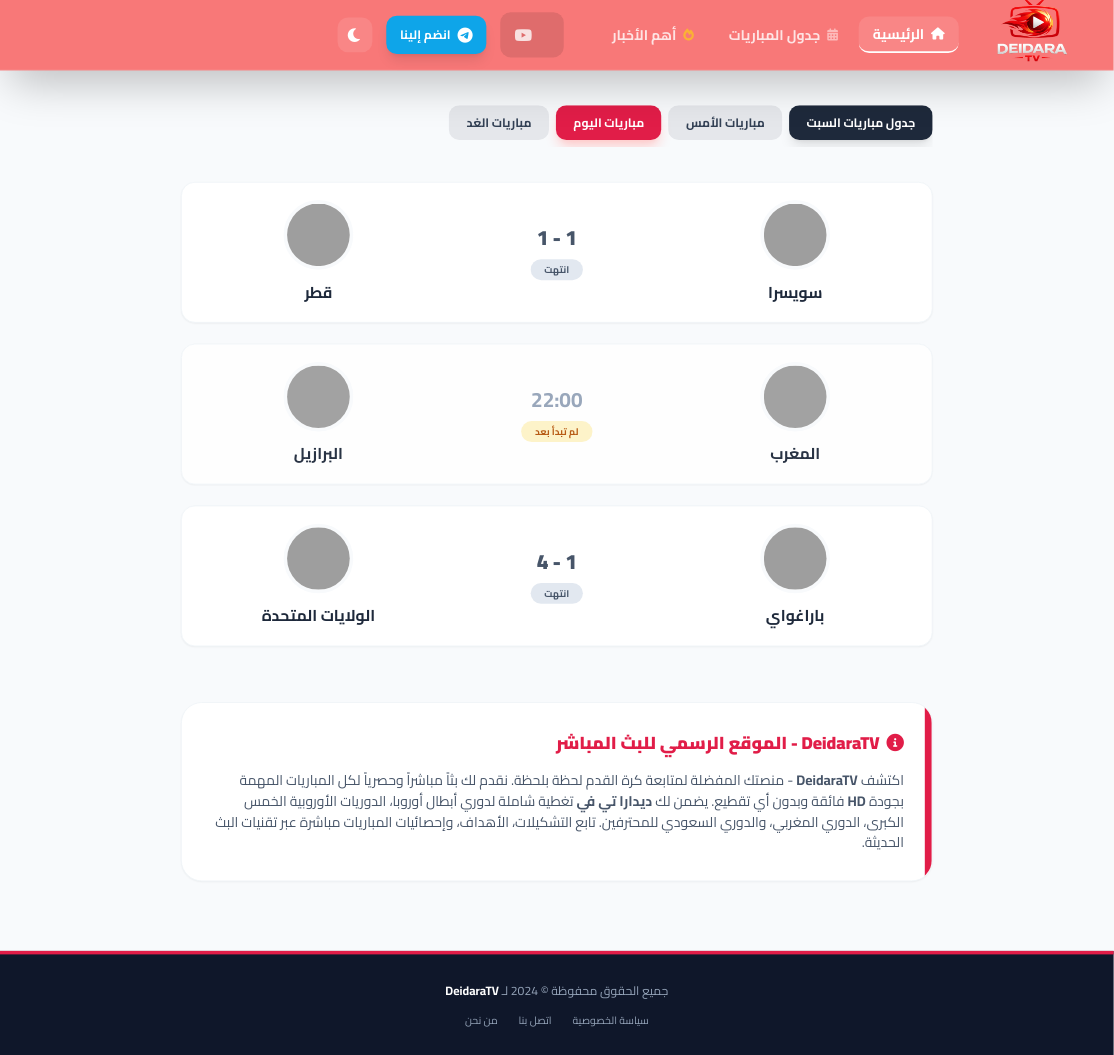
Repository: zakariax05/deidaraTV
Page: index.html
The author's editor kept a copy of each file at every save. The page is drawn from the files as they stood at one save, then again after the next save.
The browser window is 1280 px wide. The pictures show the whole page, at 87% of full size.
Pictures or frames that could not be fetched are drawn as grey boxes. Some web libraries are served in a nearby version.

Above is the page before, as saved 2026-06-14 02:26:47.

### index.html
<!DOCTYPE html>
<html lang="ar" dir="rtl">

<head>
  <meta charset="UTF-8">
  <meta name="viewport" content="width=device-width, initial-scale=1.0">
  <title>DeidaraTV - ديدارا تي في | بث مباشر للمباريات</title>
  <script src="https://cdn.tailwindcss.com"></script>
  <link href="https://cdnjs.cloudflare.com/ajax/libs/font-awesome/6.0.0/css/all.min.css" rel="stylesheet">
  <style>
    @import url('https://fonts.googleapis.com/css2?family=Cairo:wght@400;600;700;900&display=swap');

    body {
      font-family: 'Cairo', sans-serif;
      background-color: #f8fafc;
    }

    .match-card {
      transition: all 0.3s ease;
    }

    .match-card:hover {
      transform: scale(1.01);
      box-shadow: 0 10px 20px -5px rgba(0, 0, 0, 0.1);
    }

    .bg-red-primary {
      background-color: #e11d48;
    }

    .text-red-primary {
      color: #e11d48;
    }

    .border-red-primary {
      border-color: #e11d48;
    }
  </style>
</head>

<body class="text-slate-800">

  <!-- Header / الهيدر -->
  <!-- الهيدر المطور للرئيسية - DeidaraTV -->
  <header
    class="bg-red-400 text-white shadow-2xl sticky top-0 z-[100] backdrop-blur-md bg-opacity-95 border-b border-white/10">
    <div class="container mx-auto px-4">
      <div class="flex justify-between items-center h-16 md:h-20">

        <!-- القسم الأيمن: الشعار والقائمة -->
        <div class="flex items-center gap-6 md:gap-10">
          <!-- اللوجو مع ميزة إعادة التحميل -->
          <div onclick="window.location.reload()"
            class="flex items-center gap-3 cursor-pointer group select-none transition-transform active:scale-95">
            <img src="imgs/logo-deidaratv.png" alt="DeidaraTV Logo Badge"
              class="h-16 md:h-[150px] w-auto object-contain transition-all hover:scale-105">

            </h1>

            <nav class="hidden lg:flex items-center gap-2">
              <a href="#"
                class="flex items-center gap-2 px-4 py-2 rounded-xl bg-white/10 hover:bg-white/20 transition-all font-bold border-b-2 border-white">
                <i class="fas fa-home text-sm"></i> الرئيسية
              </a>
              <a href="#"
                class="flex items-center gap-2 px-4 py-2 rounded-xl hover:bg-white/10 transition-all font-bold opacity-80 hover:opacity-100">
                <i class="fas fa-calendar-alt text-sm text-red-200"></i> جدول المباريات
              </a>
              <a href="#"
                class="flex items-center gap-2 px-4 py-2 rounded-xl hover:bg-white/10 transition-all font-bold opacity-80 hover:opacity-100">
                <i class="fas fa-fire text-sm text-amber-400"></i> أهم الأخبار
              </a>
            </nav>
          </div>

          <!-- القسم الأيسر: أيقونات التواصل والأدوات -->
          <div class="flex items-center gap-2 md:gap-4">

            <!-- أيقونات التواصل الاجتماعي بتنسيق أرقى -->
            <div class="hidden sm:flex items-center bg-black/10 rounded-xl px-2 py-1 gap-1">
              <a href="#" class="p-2 hover:bg-white/10 rounded-lg transition-colors text-white/80 hover:text-white"
                title="Twitter">
                <i class="fab fa-x-twitter text-lg"></i>
              </a>
              <a href="#" class="p-2 hover:bg-white/10 rounded-lg transition-colors text-white/80 hover:text-white"
                title="YouTube">
                <i class="fab fa-youtube text-lg"></i>
              </a>
            </div>

            <!-- زر تليجرام (مميز بلونه الخاص) -->
            <a href="#"
              class="bg-sky-500 hover:bg-sky-400 text-white p-2 md:px-4 md:py-2 rounded-xl transition-all shadow-lg flex items-center gap-2 font-bold text-sm">
              <i class="fab fa-telegram-plane text-lg"></i>
              <span class="hidden md:inline">انضم إلينا</span>
            </a>

            <!-- زر الوضع الليلي -->
            <button
              class="w-10 h-10 flex items-center justify-center rounded-xl bg-white/10 hover:bg-white/20 transition-colors">
              <i class="fas fa-moon text-lg"></i>
            </button>

            <!-- زر الموبايل -->
            <button
              class="lg:hidden w-10 h-10 flex items-center justify-center rounded-xl bg-white/10 hover:bg-white/20">
              <i class="fas fa-bars text-xl"></i>
            </button>
          </div>

        </div>
      </div>
  </header>

  <!-- Content / المحتوى الرئيسي -->
  <main class="container mx-auto px-4 max-w-4xl mt-10 pb-20">

    <!-- الأزرار العلوية -->
    <div class="flex flex-wrap justify-start gap-2 mb-10 overflow-x-auto pb-2">
      <button class="px-5 py-2.5 bg-slate-800 text-white rounded-xl text-sm font-bold whitespace-nowrap shadow-lg">جدول
        مباريات السبت</button>
      <button
        class="px-5 py-2.5 bg-gray-200 hover:bg-gray-300 text-slate-700 rounded-xl text-sm font-bold transition whitespace-nowrap">مباريات
        الأمس</button>
      <button
        class="px-5 py-2.5 bg-red-primary text-white rounded-xl text-sm font-bold shadow-lg shadow-red-200 whitespace-nowrap">مباريات
        اليوم</button>
      <button
        class="px-5 py-2.5 bg-gray-200 hover:bg-gray-300 text-slate-700 rounded-xl text-sm font-bold transition whitespace-nowrap">مباريات
        الغد</button>
    </div>

    <!-- قائمة المباريات -->
    <div class="space-y-6">

      <!-- مباراة مباشرة -->
      <div
        class="match-card bg-white rounded-2xl p-5 flex items-center justify-between border border-slate-100 shadow-sm">
        <div class="flex flex-col items-center w-1/3">
          <img src="https://flagcdn.com/w160/ch.png" alt="سويسرا"
            class="w-14 h-14 md:w-20 md:h-20 rounded-full object-cover border-4 border-slate-50 shadow-inner mb-3">
          <span class="font-bold text-sm md:text-lg">سويسرا</span>
        </div>

        <div class="flex flex-col items-center w-1/3">
          <div class="text-2xl font-black text-slate-600 mb-2">1 - 1</div>
          <span class="bg-slate-200 text-slate-600 text-[11px] px-4 py-1 rounded-full font-bold">انتهت</span>
        </div>

        <div class="flex flex-col items-center w-1/3">
          <img src="https://flagcdn.com/w160/qa.png" alt="قطر"
            class="w-14 h-14 md:w-20 md:h-20 rounded-full object-cover border-4 border-slate-50 shadow-inner mb-3">
          <span class="font-bold text-sm md:text-lg">قطر</span>
        </div>
      </div>

      <!-- مباراة المغرب (لم تبدأ) -->
      <!-- قمت بتغيير الـ div الأول إلى a وإضافة الرابط و cursor-pointer -->
      <a href="watching-page.html"
        class="match-card bg-white rounded-2xl p-5 flex items-center justify-between border border-slate-100 shadow-sm opacity-95 cursor-pointer hover:bg-slate-50 transition-all block">

        <!-- الفريق الأول -->
        <div class="flex flex-col items-center w-1/3">
          <img src="https://flagcdn.com/w160/ma.png" alt="المغرب"
            class="w-14 h-14 md:w-20 md:h-20 rounded-full object-cover border-4 border-slate-50 shadow-inner mb-3">
          <span class="font-bold text-sm md:text-lg text-slate-800">المغرب</span>
        </div>

        <!-- توقيت المباراة -->
        <div class="flex flex-col items-center w-1/3">
          <div class="text-2xl font-bold text-slate-400 mb-2">22:00</div>
          <span class="bg-amber-100 text-amber-700 text-[11px] px-4 py-1 rounded-full font-bold">لم تبدأ
            بعد</span>
        </div>

        <!-- الفريق الثاني -->
        <div class="flex flex-col items-center w-1/3">
          <img src="https://flagcdn.com/w160/br.png" alt="البرازيل"
            class="w-14 h-14 md:w-20 md:h-20 rounded-full object-cover border-4 border-slate-50 shadow-inner mb-3">
          <span class="font-bold text-sm md:text-lg text-slate-800">البرازيل</span>
        </div>
      </a>

      <!-- مباراة منتهية -->
      <div
        class="match-card bg-white rounded-2xl p-5 flex items-center justify-between border border-slate-100 shadow-sm bg-slate-50/50">
        <div class="flex flex-col items-center w-1/3">
          <img src="https://flagcdn.com/w160/py.png" alt="باراغواي"
            class="w-14 h-14 md:w-20 md:h-20 rounded-full object-cover border-4 border-slate-50 shadow-inner mb-3">
          <span class="font-bold text-sm md:text-lg">باراغواي</span>
        </div>

        <div class="flex flex-col items-center w-1/3">
          <div class="text-2xl font-black text-slate-600 mb-2">1 - 4</div>
          <span class="bg-slate-200 text-slate-600 text-[11px] px-4 py-1 rounded-full font-bold">انتهت</span>
        </div>

        <div class="flex flex-col items-center w-1/3">
          <img src="https://flagcdn.com/w160/us.png" alt="الولايات المتحدة"
            class="w-14 h-14 md:w-20 md:h-20 rounded-full object-cover border-4 border-slate-50 shadow-inner mb-3">
          <span class="font-bold text-sm md:text-lg">الولايات المتحدة</span>
        </div>
      </div>

    </div>

    <!-- SEO / قسم المعلومات -->
    <section
      class="mt-16 bg-white rounded-3xl p-8 border border-slate-100 shadow-sm leading-relaxed relative overflow-hidden">
      <div class="absolute top-0 right-0 w-2 h-full bg-red-primary"></div>
      <h2 class="text-red-primary font-black text-xl mb-4 flex items-center gap-2">
        <i class="fas fa-info-circle"></i> DeidaraTV - الموقع الرسمي للبث المباشر
      </h2>
      <p class="text-slate-600 text-sm md:text-base leading-8">
        اكتشف <strong>DeidaraTV</strong> - منصتك المفضلة لمتابعة كرة القدم لحظة بلحظة. نقدم لك بثاً مباشراً
        وحصرياً لكل المباريات المهمة بجودة <strong>HD</strong> فائقة وبدون أي تقطيع. يضمن لك <strong>ديدارا تي
          في</strong> تغطية شاملة لدوري أبطال أوروبا، الدوريات الأوروبية الخمس الكبرى، الدوري المغربي، والدوري
        السعودي للمحترفين. تابع التشكيلات، الأهداف، وإحصائيات المباريات مباشرة عبر تقنيات البث الحديثة.
      </p>
    </section>

  </main>

  <!-- Footer / الفوتر -->
  <footer class="bg-slate-900 text-slate-400 py-8 text-center border-t-4 border-red-primary">
    <div class="container mx-auto px-4">
      <p class="text-sm">جميع الحقوق محفوظة &copy; 2024 لـ <span class="text-white font-bold">DeidaraTV</span></p>
      <div class="flex justify-center gap-6 mt-4 text-xs">
        <a href="#" class="hover:text-white">سياسة الخصوصية</a>
        <a href="#" class="hover:text-white">اتصل بنا</a>
        <a href="#" class="hover:text-white">من نحن</a>
      </div>
    </div>
  </footer>

</body>

</html>

After the next save:
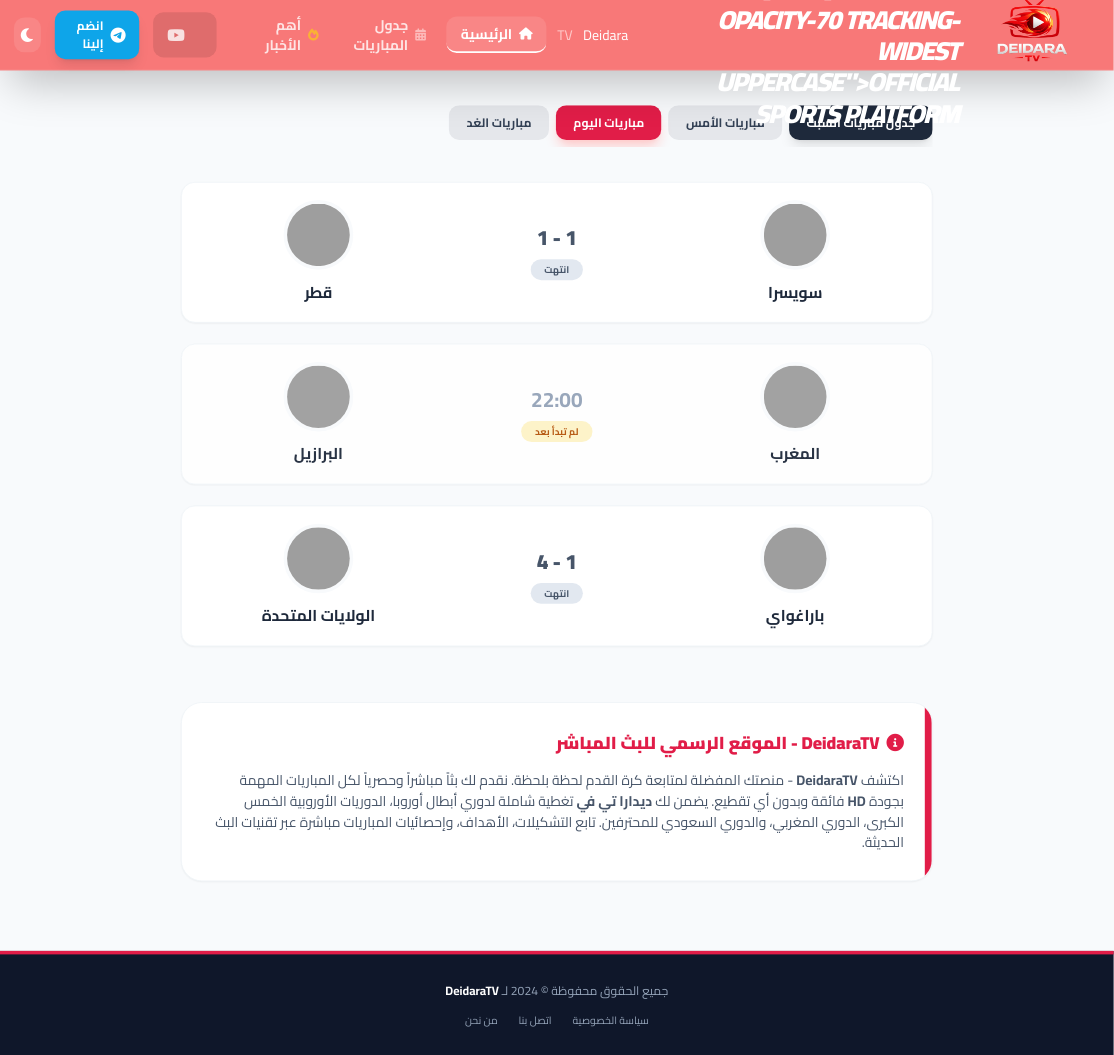
Saved 9 s later.
--- a/index.html
+++ b/index.html
@@ -54,23 +54,29 @@
             class="flex items-center gap-3 cursor-pointer group select-none transition-transform active:scale-95">
             <img src="imgs/logo-deidaratv.png" alt="DeidaraTV Logo Badge"
               class="h-16 md:h-[150px] w-auto object-contain transition-all hover:scale-105">
-
+            <div class="flex flex-col">
+              <h1 class="text-xl md:text-3xl font-black italic tracking-tighter uppercase leading-none">
+                an class="text-[9px] md:text-[11px] font-bold opacity-70 tracking-widest uppercase">Official
+                Sports Platform</span>
+            </div> Deidara<span class="text-red-200">TV</span>
             </h1>
-
-            <nav class="hidden lg:flex items-center gap-2">
-              <a href="#"
-                class="flex items-center gap-2 px-4 py-2 rounded-xl bg-white/10 hover:bg-white/20 transition-all font-bold border-b-2 border-white">
-                <i class="fas fa-home text-sm"></i> الرئيسية
-              </a>
-              <a href="#"
-                class="flex items-center gap-2 px-4 py-2 rounded-xl hover:bg-white/10 transition-all font-bold opacity-80 hover:opacity-100">
-                <i class="fas fa-calendar-alt text-sm text-red-200"></i> جدول المباريات
-              </a>
-              <a href="#"
-                class="flex items-center gap-2 px-4 py-2 rounded-xl hover:bg-white/10 transition-all font-bold opacity-80 hover:opacity-100">
-                <i class="fas fa-fire text-sm text-amber-400"></i> أهم الأخبار
-              </a>
-            </nav>
+            <sp </div>
+
+              <!-- الروابط الأساسية (تظهر في الشاشات الكبيرة) -->
+              <nav class="hidden lg:flex items-center gap-2">
+                <a href="#"
+                  class="flex items-center gap-2 px-4 py-2 rounded-xl bg-white/10 hover:bg-white/20 transition-all font-bold border-b-2 border-white">
+                  <i class="fas fa-home text-sm"></i> الرئيسية
+                </a>
+                <a href="#"
+                  class="flex items-center gap-2 px-4 py-2 rounded-xl hover:bg-white/10 transition-all font-bold opacity-80 hover:opacity-100">
+                  <i class="fas fa-calendar-alt text-sm text-red-200"></i> جدول المباريات
+                </a>
+                <a href="#"
+                  class="flex items-center gap-2 px-4 py-2 rounded-xl hover:bg-white/10 transition-all font-bold opacity-80 hover:opacity-100">
+                  <i class="fas fa-fire text-sm text-amber-400"></i> أهم الأخبار
+                </a>
+              </nav>
           </div>
 
           <!-- القسم الأيسر: أيقونات التواصل والأدوات -->
